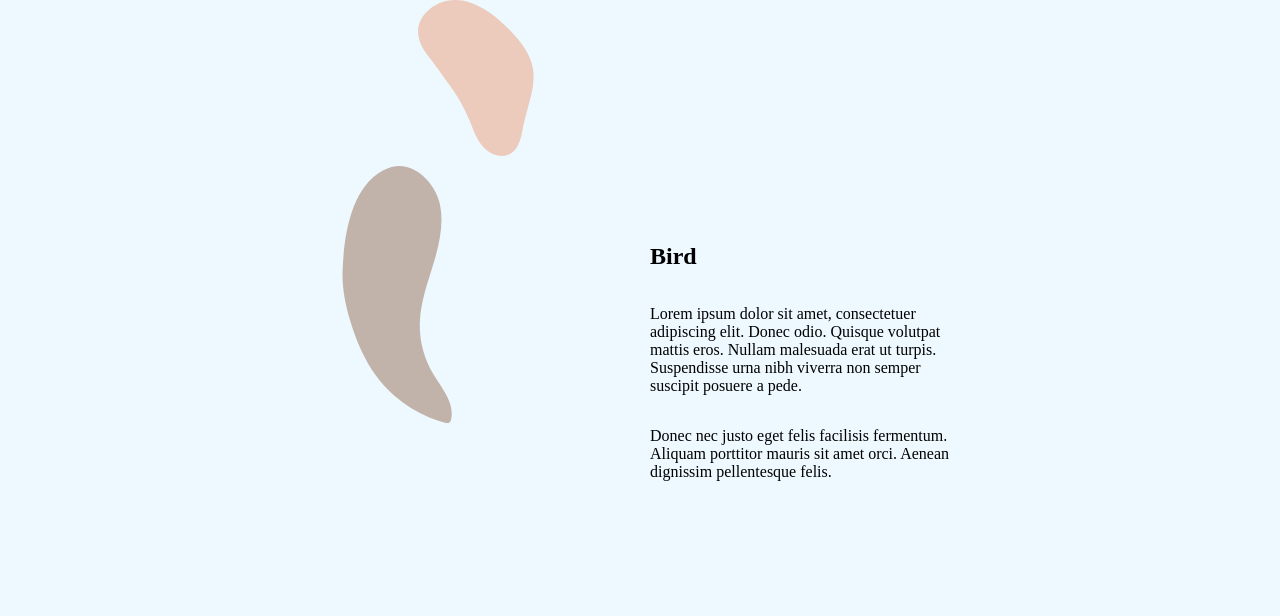
Repository: sebastiann88/svg-animals
Page: index.html
The author's editor kept a copy of each file at every save. The page is drawn from the files as they stood at one save, then again after the next save.
The browser window is 1280 px wide. The pictures show the window.
A layer covers the whole window, so only the first screen is drawn.

Above is the page before, as saved 2024-09-05 04:10:35.

After the next save:
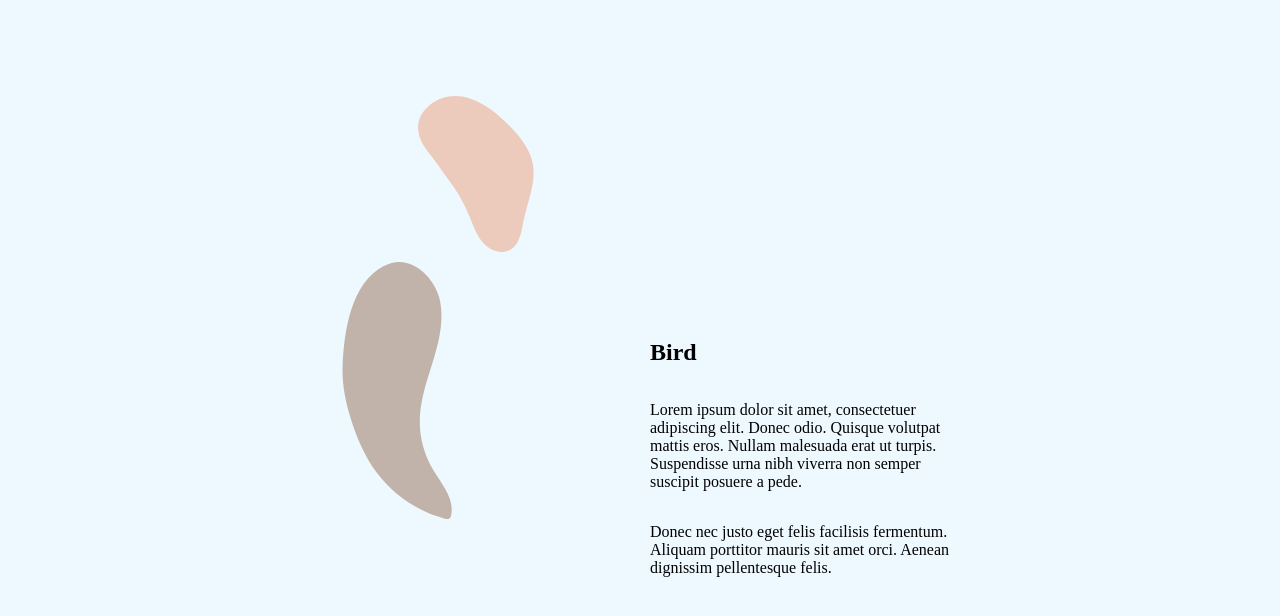
Saved 20 s later.
--- a/css/style.css
+++ b/css/style.css
@@ -1,6 +1,7 @@
 body {
 	height: 280vh;
 	margin: 0;
+	padding-top: 6em;
 	background-color: #EEF9FF;
 	overflow-x: hidden;
 }
